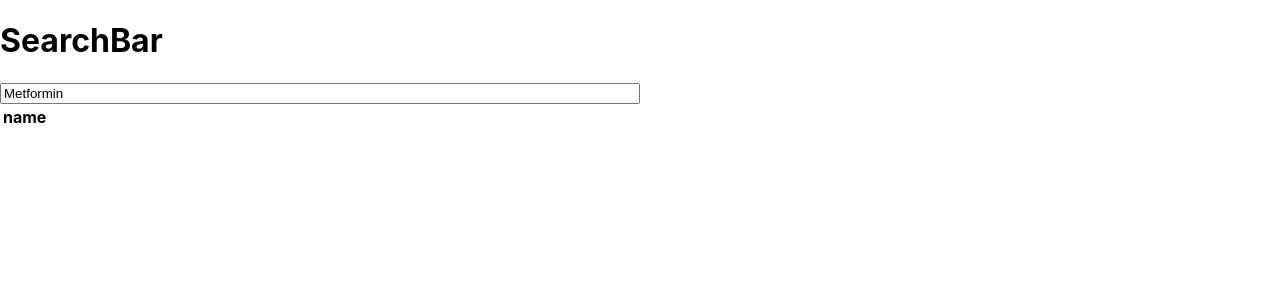
Repository: Esatollah/MedDemo
Page: / (app in client/)
An editor plug-in stored every save of this project. The page is shown before and after the next save, followed by the edit.
The browser window is 1280 px wide. The pictures show the whole page.
The page's requests for data from a server got no answer. The project was rebuilt for these pictures with package versions that can differ from the ones it lists, and the page was loaded fresh each time. No one was signed in, and anything a server would have sent is missing. Also part of the build but not shown: client/src/App.css.

Above is the page before, as saved 2022-05-31 15:57:01.

After the next save:
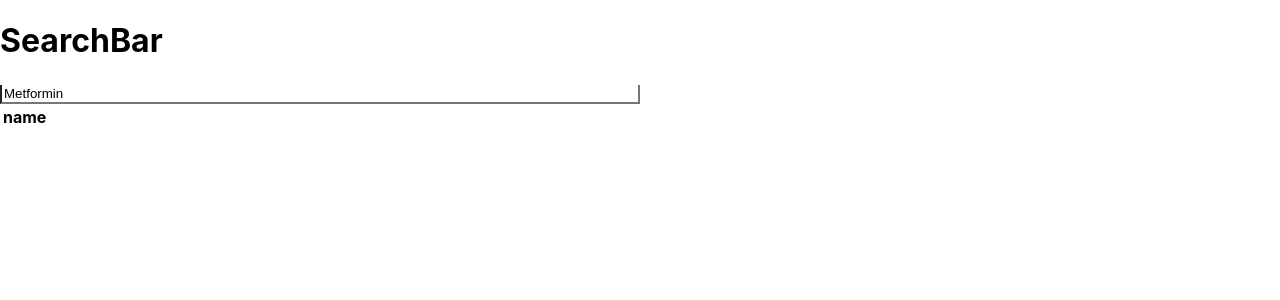
Saved 33 s later.
--- a/client/src/components/Search.css
+++ b/client/src/components/Search.css
@@ -1,4 +1,5 @@
 #okhre {
     width:50%;
-    outline:none
+    outline:none;
+    border-top: hidden;
 }

After the save that followed:
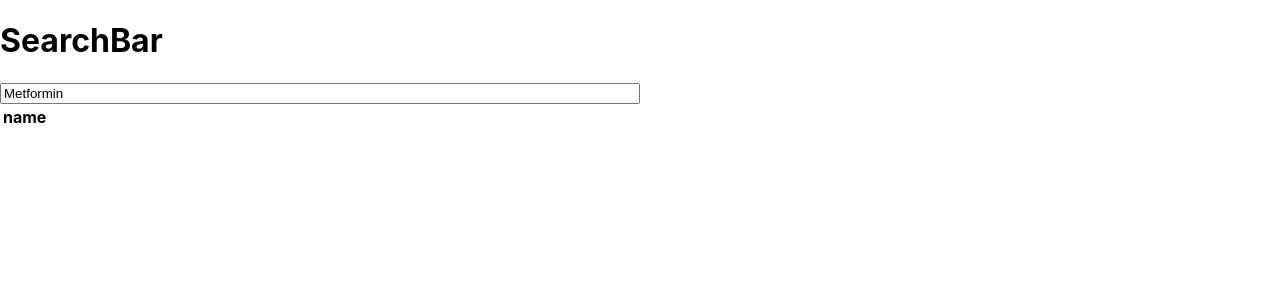
Saved 16 s later.
--- a/client/src/components/Search.css
+++ b/client/src/components/Search.css
@@ -1,5 +1,5 @@
 #okhre {
     width:50%;
     outline:none;
-    border-top: hidden;
+    border: hidden hidden solid hidden;
 }
